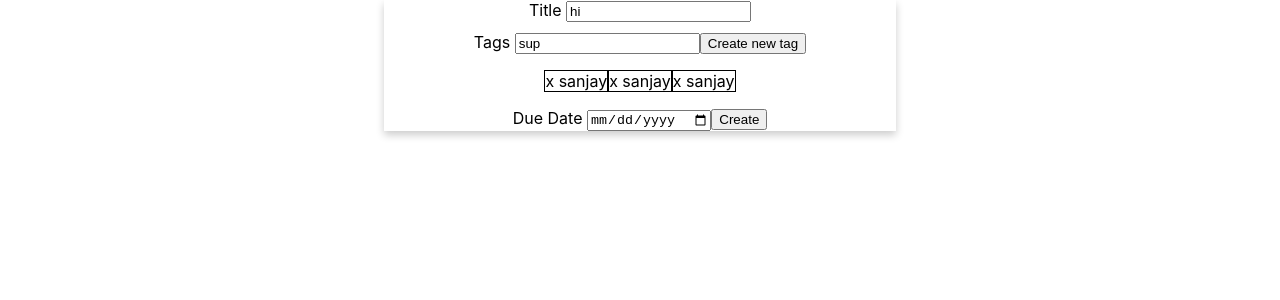
Repository: sanjayMamidipaka/reactappbits
Page: /
An editor plug-in stored every save of this project. The page is shown before and after a run of saves, followed by the edit.
The browser window is 1280 px wide. The pictures show the whole page.
The project was rebuilt for these pictures with package versions that can differ from the ones it lists, and the page was loaded fresh each time.

Above is the page before, as saved 2022-01-18 12:04:18.

After the next 6 saves:
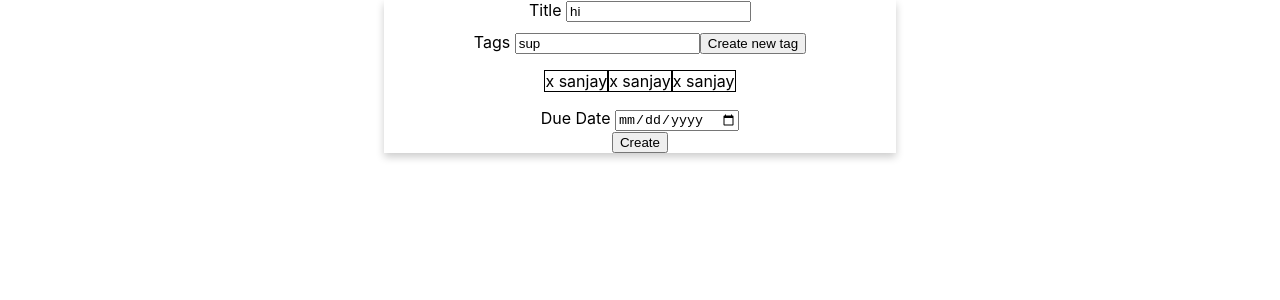
The 6 saves are shown as one change because they came seconds apart.
The last was saved 20 s later.
--- a/src/components/TodoList.tsx
+++ b/src/components/TodoList.tsx
@@ -79,7 +79,9 @@ export default function TodoList() {
           onChange={(e) => setEmail(e.target.value)}
         />
 
-        <button type='submit'>Create</button>
+        <div>
+          <button type='submit'>Create</button>
+        </div>
 
 </div>
   )
